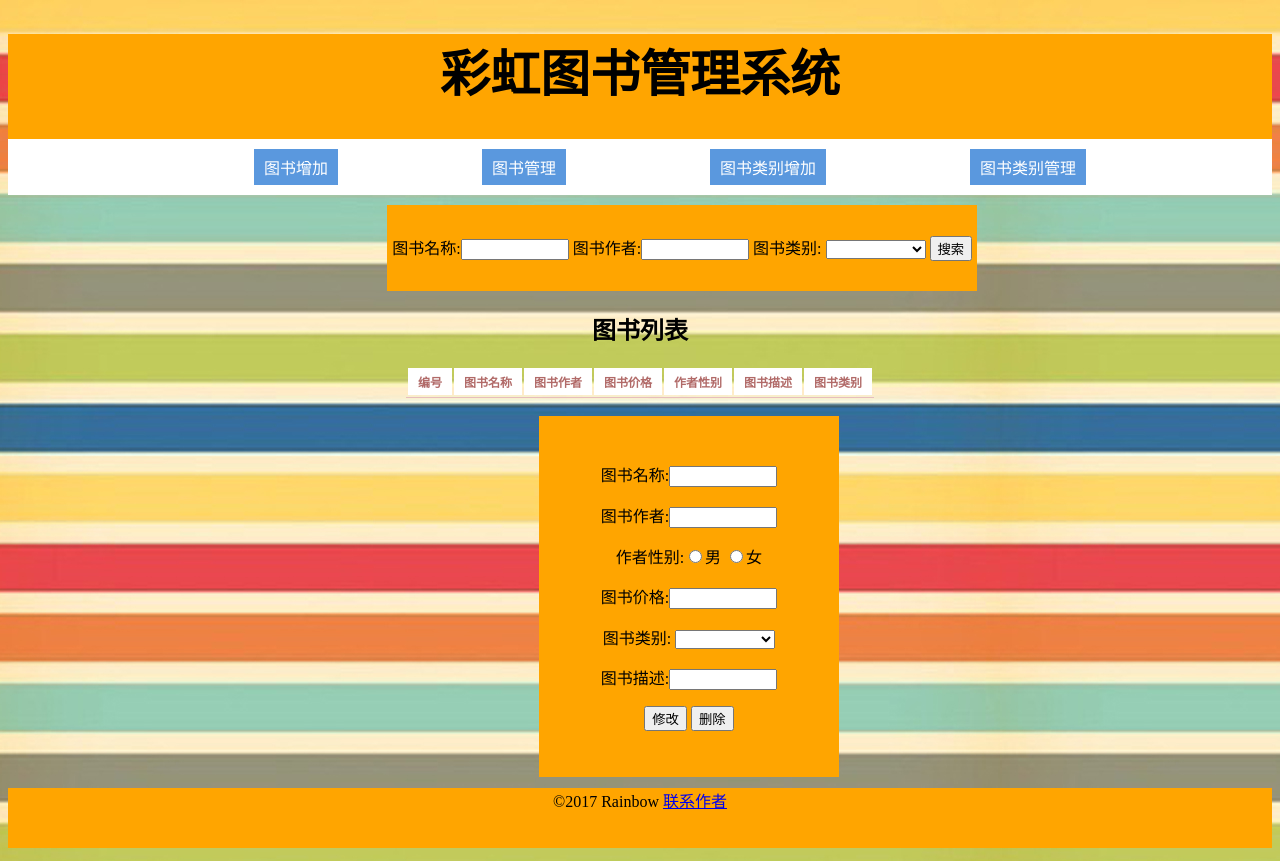
Repository: Rainbow-Chua/learningcode
Page: http://localhost/MyBookManager/BookManager.jsp
These files come from the project's save history. The page is drawn as it stood at one moment and after the next save; the edit follows.
The browser window is 1280 px wide. The pictures show the whole page.
The page is served by Tomcat 9. Queries for data that is not in the repository find no rows.

Above is the page before, as saved 2017-11-19 03:21:32.

After the next save:
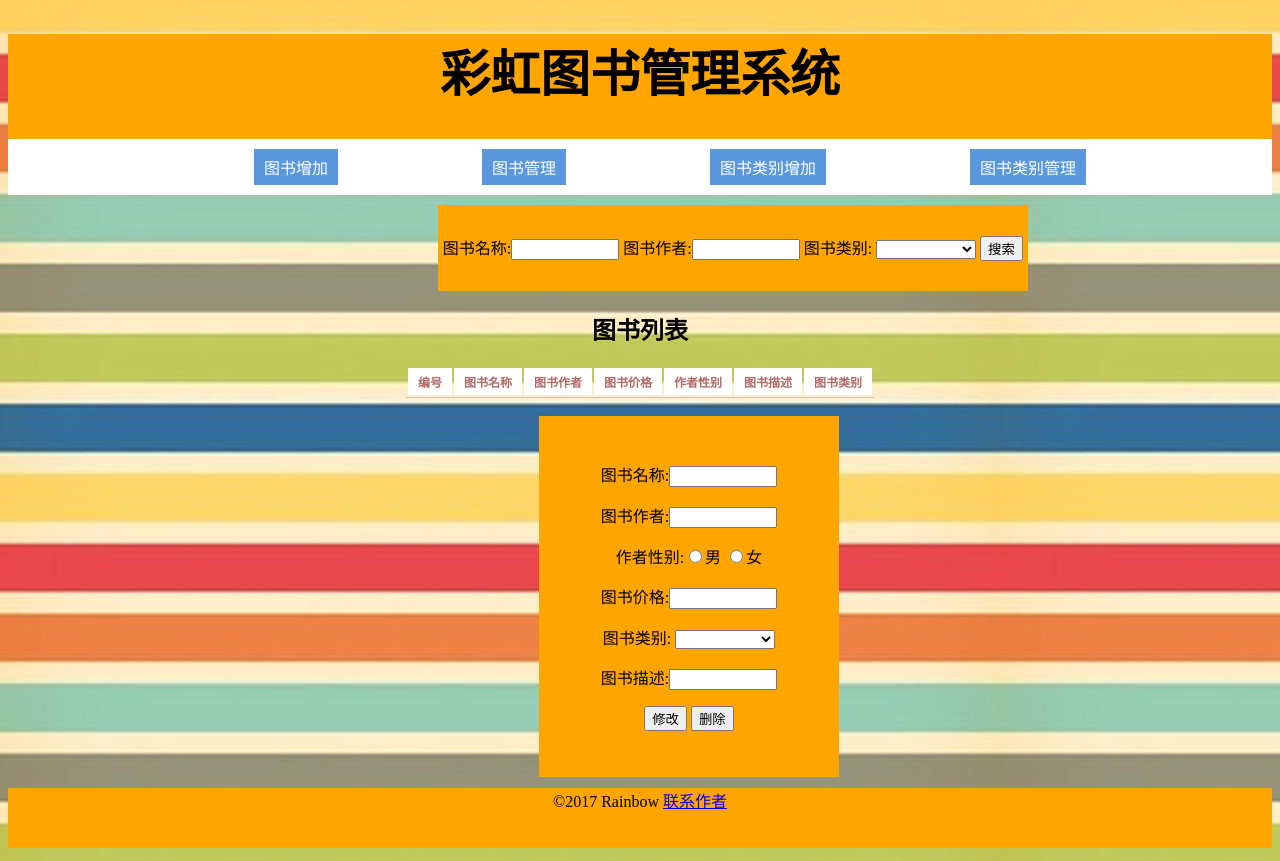
Saved 106 s later.
--- a/MyBookManager/WebContent/BookManager.jsp
+++ b/MyBookManager/WebContent/BookManager.jsp
@@ -61,7 +61,7 @@ h2 {
 <body onload="IniEvent()">
 	<div>
 		<form action="bookmanager.do" method="get"
-			style="background-color: orange; position: relative; width: 590px; left: 30%; padding-top: 30px; padding-bottom: 30px">
+			style="background-color: orange; position: relative; width: 590px; left: 34%; padding-top: 30px; padding-bottom: 30px">
 			<p style="display: inline;">
 				图书名称:<input id="bookName" type="text" name="bookName"
 					style="width: 100px;" />
